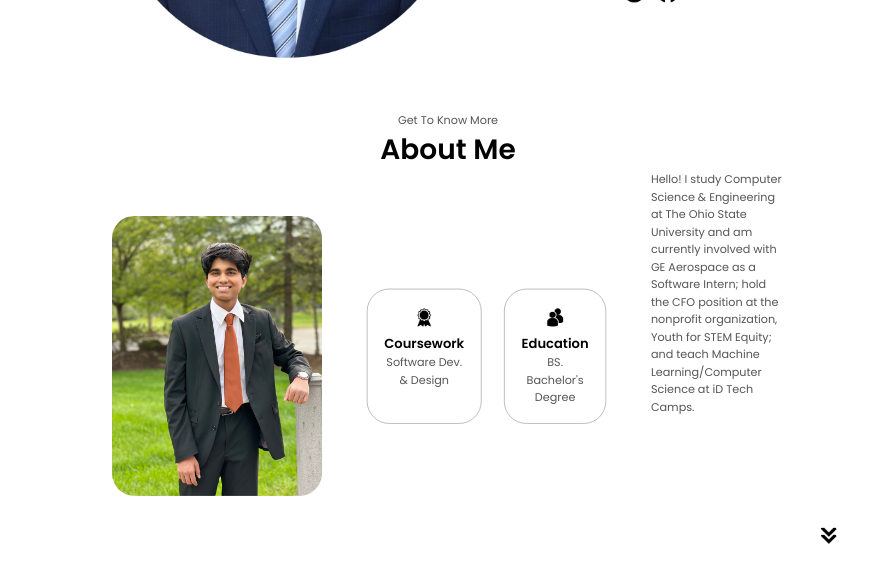
Repository: anuragkej/OldPortfolio
Page: index.html
These files come from the project's save history. The page is drawn as it stood at one moment and after the next save; the edit follows.
The browser window is 1280 px wide. The pictures show the part of the page from y = 568 to 2488 px (the page is 1390 px tall before and 2779 px after), at 70% of full size.

Above is the page before, as saved 2024-05-26 05:11:15.

After the next save:
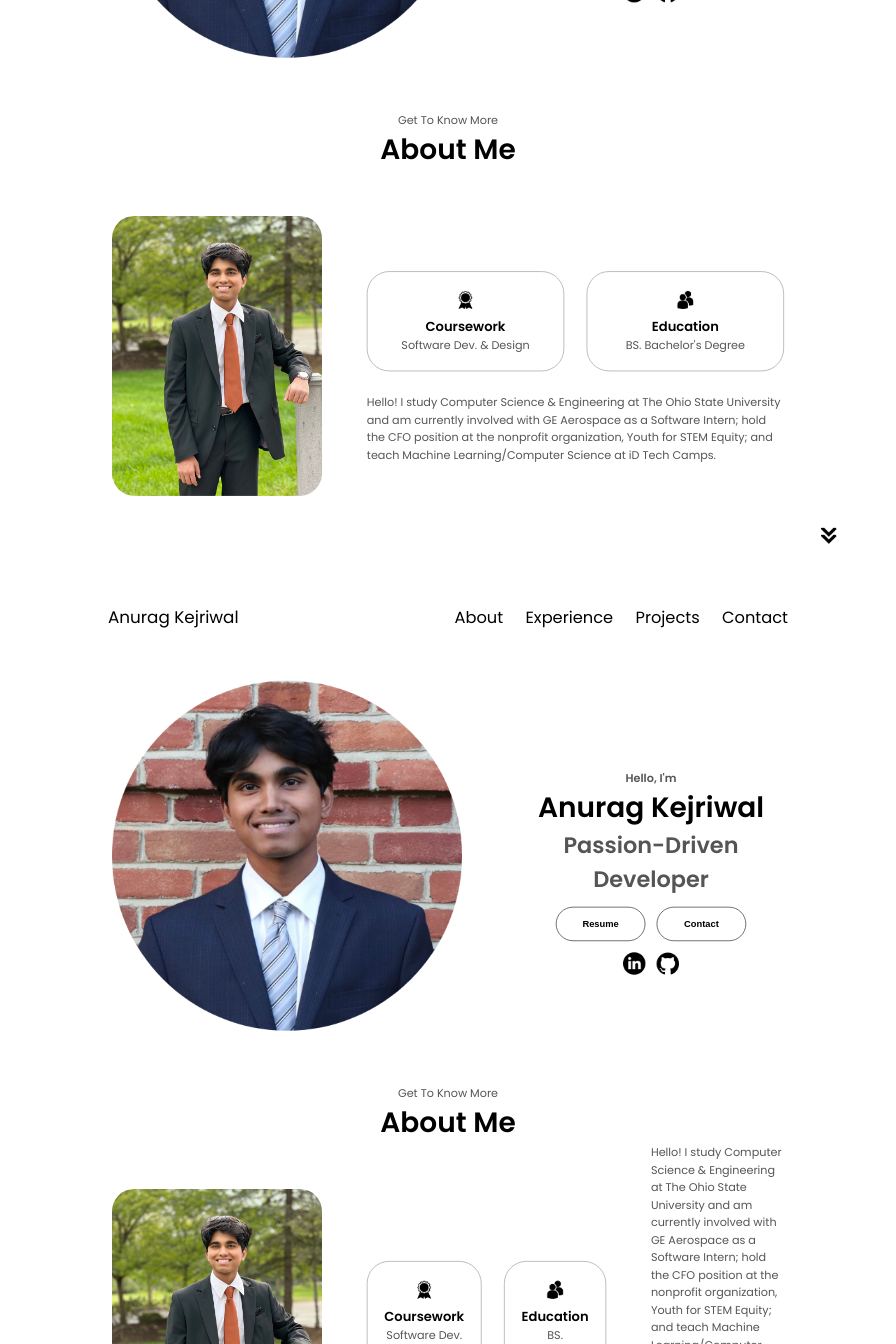
Saved 68 s later.
--- a/index.html
+++ b/index.html
@@ -1,3 +1,97 @@
+<!DOCTYPE html>
+<html lang="en">
+<head>
+    <meta charset="UTF-8">
+    <meta name="viewport" content="width=device-width, initial-scale=1.0">
+    <title>Personal Portfolio</title>
+    <link rel="stylesheet" href="style.css">
+    <link rel="stylesheet" href="mediaqueries.css">
+</head>
+<body>
+    <nav id="desktop-nav">
+        <div class="logo">Anurag Kejriwal</div>
+        <div>
+            <ul class="nav-links">
+                <li><a href="#about">About</a></li>
+                <li><a href="#experience">Experience</a></li>
+                <li><a href="#projects">Projects</a></li>
+                <li><a href="#contact">Contact</a></li>
+            </ul>
+        </div>
+    </nav>
+    <nav id="hamburger-nav">
+        <div class="logo">Anurag Kejriwal</div>
+        <div class="hamburger-menu">
+            <div class="hamburger-icon" onclick="toggleMenu()">
+                <span></span>
+                <span></span>
+                <span></span>
+            </div>
+            <div class="menu-links">
+                <li><a href="#about" onclick="toggleMenu()" >About</a></li>
+                <li><a href="#experience" onclick="toggleMenu()">Experience</a></li>
+                <li><a href="#projects" onclick="toggleMenu()">Projects</a></li>
+                <li><a href="#contact" onclick="toggleMenu()">Contact</a></li>
+            </div>
+        </div>
+    </nav>
+    <section id="profile">
+        <div class="section_pic-container">
+            <img src="./assets/anuragprofpic.png" alt="Anurag Kejriwal profile picture">
+        </div>
+        <div class="section__text">
+            <p class="section__text__p1">Hello, I'm</p>
+            <h1 class="title">Anurag Kejriwal</h1>
+            <p class="section__text__p2">Passion-Driven Developer</p>
+            <div class="btn-container">
+                <button class="btn btn-color-2"
+                onclick="window.open('./assets/AnuragKejriwalResume_2026.pdf')">Resume</button>
+                <button class="btn btn-color-1"
+                onclick="location.href='./#contact'">Contact</button>
+            </div>
+            <div id="socials-container">
+                <img src="./assets/linkedin.png" alt="My LinkedIn Profile"
+                class ="icon" onclick="location.href='https://linkedin.com/in/anuragkejriwal1/'">
+                <img src="./assets/github.png" alt="My Github Profile"
+                class ="icon" onclick="location.href='https://github.com/anuragkej'">
+            </div>
+        </div>
+    </section>
+    <section id="about">
+        <p class="section__text__p1">Get To Know More</p>
+        <h1 class="title">About Me</h1>
+        <div class="section-container">
+        <div class="section__pic-container">
+            <img src="./assets/E4CC9343-5963-4651-9569-35505B2238C1_1_105_c.jpeg" alt="Profile Picture" class="about-pic"/>
+        </div>
+        <div class="about-details-container">
+            <div class="about-containers">
+                <div class="details-container">
+                    <img src="./assets/experience.png" alt="Experience icon" class="icon"/>
+                    <h3>Coursework</h3>
+                    <p>Software Dev. & Design</p>
+                </div>
+                <div class="details-container">
+                    <img src="./assets/education.png" alt="Education icon" class="icon"/>
+                    <h3>Education</h3>
+                    <p>BS. Bachelor's Degree </p>
+                </div>
+            </div>
+
+        <div class="text-container">
+            <p>Hello! I study Computer Science & Engineering at The Ohio State University and am currently involved with GE Aerospace as a Software Intern; hold the CFO position at the nonprofit organization, Youth for STEM Equity; and teach Machine Learning/Computer Science at iD Tech Camps.</p>
+        </div>
+        </div>
+        <img src="./assets/arrow.png"
+        alt="Arrow icon"
+        class="icon arrow"
+        onclick = "location.href='./#experience'"
+        >
+    </section>
+    <script src="script.js"></script>
+
+</body>
+</html>
 <!DOCTYPE html>
 <html lang="en">
 <head>
